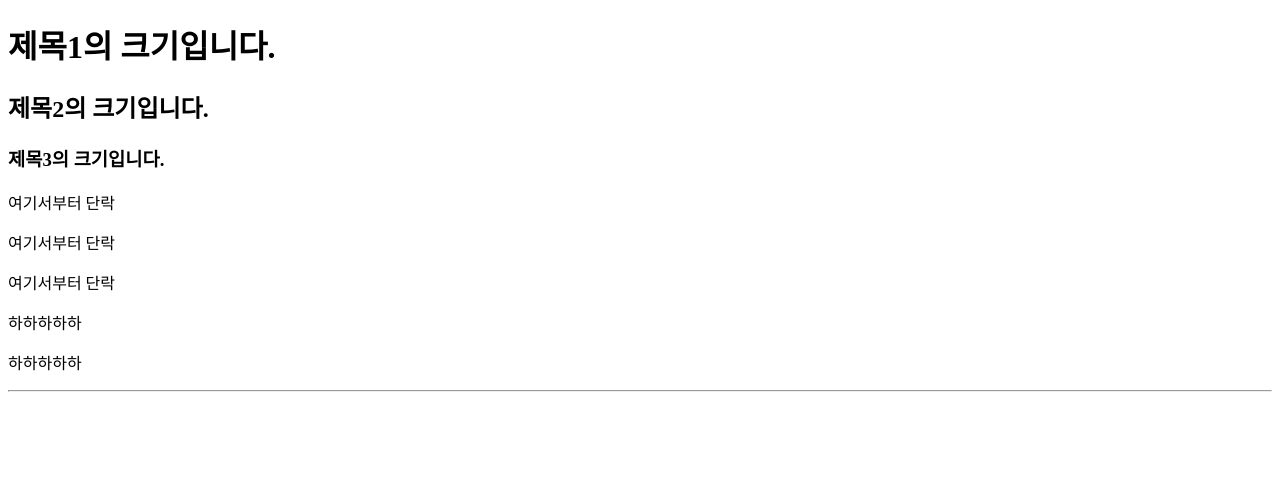
Repository: AkaKSR/Java_Convergence_New
Page: HTML0826/WebContent/Ex04.html
An editor plug-in stored every save of this project. The page is shown before and after the next save, followed by the edit.
The browser window is 1280 px wide. The pictures show the whole page.

Above is the page before, as saved 2019-08-26 06:55:35.

### HTML0826/WebContent/Ex04.html
<!DOCTYPE html>
<html>
<head>
<meta charset="UTF-8">
<title>Insert title here</title>
</head>
<body>
	<h1>제목1의 크기입니다.</h1>
	<h2>제목2의 크기입니다.</h2>
	<h3>제목3의 크기입니다.</h3>
	<p>여기서부터 단락</p>
	<p>여기서부터 단락</p>
	<p>여기서부터 단락</p>
	하하하하하<p>
	하하하하하
	<hr />
</body>
</html>

After the next save:
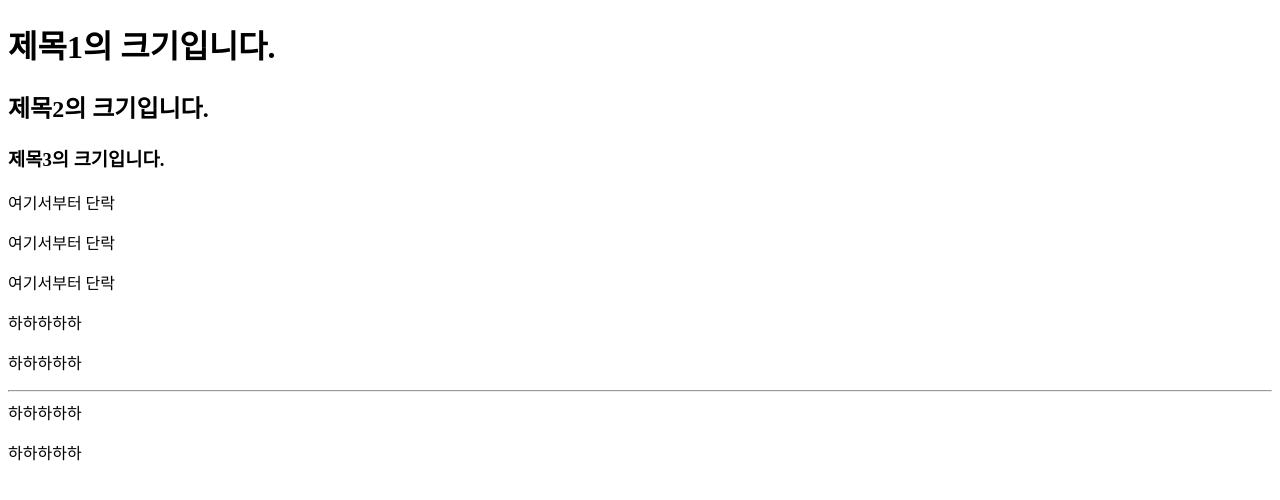
Saved 7 s later.
--- a/HTML0826/WebContent/Ex04.html
+++ b/HTML0826/WebContent/Ex04.html
@@ -13,6 +13,8 @@
 	<p>여기서부터 단락</p>
 	하하하하하<p>
 	하하하하하
-	<hr />
+	<hr>
+	하하하하하<p>
+	하하하하하
 </body>
 </html>
